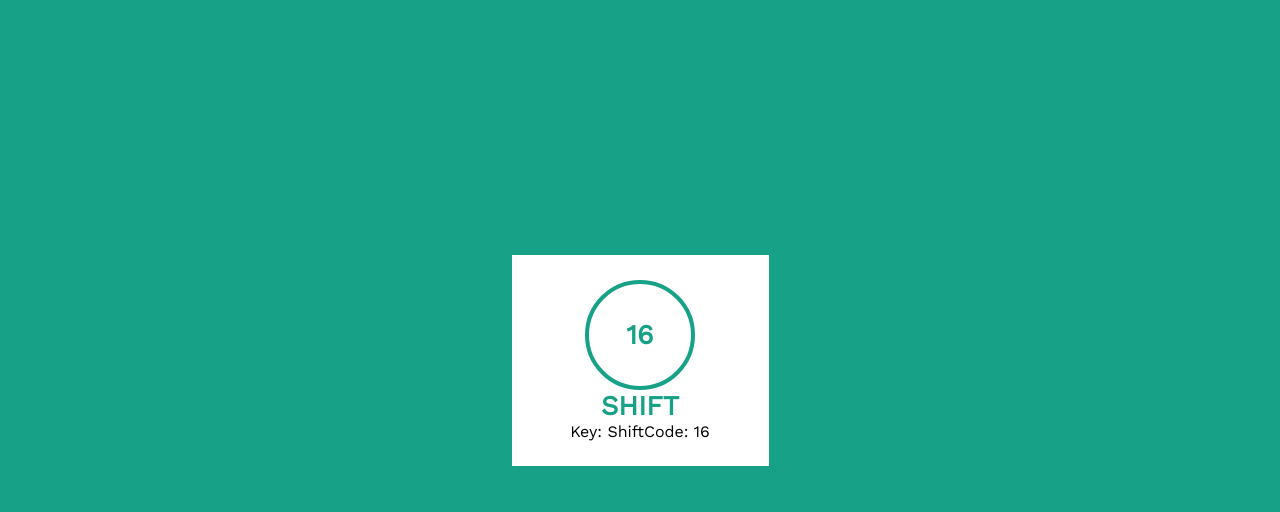
Repository: youssef168/Key-Detection
Page: index.htm
These files come from the project's save history. The page is drawn as it stood at one moment and after the next save; the edit follows.
The browser window is 1280 px wide. The pictures show the whole page.

Above is the page before, as saved 2021-12-17 11:58:47.

### index.htm
<!DOCTYPE html>
<html lang="en">
<head>
    <meta charset="UTF-8">
    <meta http-equiv="X-UA-Compatible" content="IE=edge">
    <meta name="viewport" content="width=device-width, initial-scale=1.0">
    <link rel="stylesheet" href="./style.css">
    <title>Key Detection</title>
</head>
<body>
    <div class="box">
        <div class="content">
            <div class="key-code">16</div>
            <div class="key-name">SHIFT</div>
            <div class="details">
                <div class="key">Key: <span>Shift</span></div>
                <div class="code">Code: <span>16</span></div>
            </div>
        </div>
    </div>

    <script src="./script.js"></script>
</body>
</html>

### style.css
@import url("https://fonts.googleapis.com/css2?family=Work+Sans:ital,wght@0,300;0,400;1,400;1,500&display=swap");

* {
  font-family: "Work Sans", sans-serif;
  box-sizing: border-box;
  padding: 0;
  margin: 0;
}

ul li {
  list-style: none;
}

body {
    display: flex;
    justify-content: center;
    align-items: center;
    min-height: 100vh;
    margin: auto;
    background-color: #17A288;
}

.box {
    background: #fff;
    padding: 25px;
    width: 257px;
}

.content, .key-code, .details {
    display: flex;
    align-items: center;
    justify-content: center;
}

.box .content {
    flex-direction: column;
}
.key-code {
    border: 4px solid #17A288;
    border-radius: 50%;
    width: 110px;
    height: 110px;
    font-size: 27px;
}

.key-code, .key-name {
    font-size: 27px;
    font-weight:bold;
    color: #17A288;
}

Loaded but not shown: script.js (no stored copy; drawn as an empty file)

After the next save:
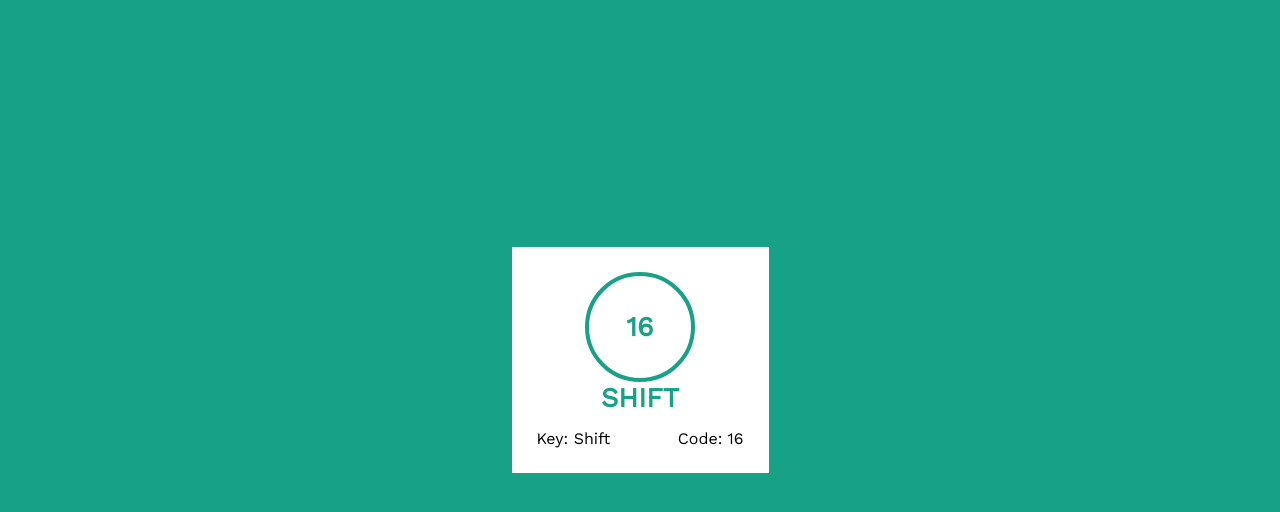
Saved 95 s later.
--- a/style.css
+++ b/style.css
@@ -48,3 +48,9 @@ body {
     font-weight:bold;
     color: #17A288;
 }
+
+.details {
+    width: 100%;
+    justify-content: space-between;
+    margin-top: 15px;
+}
